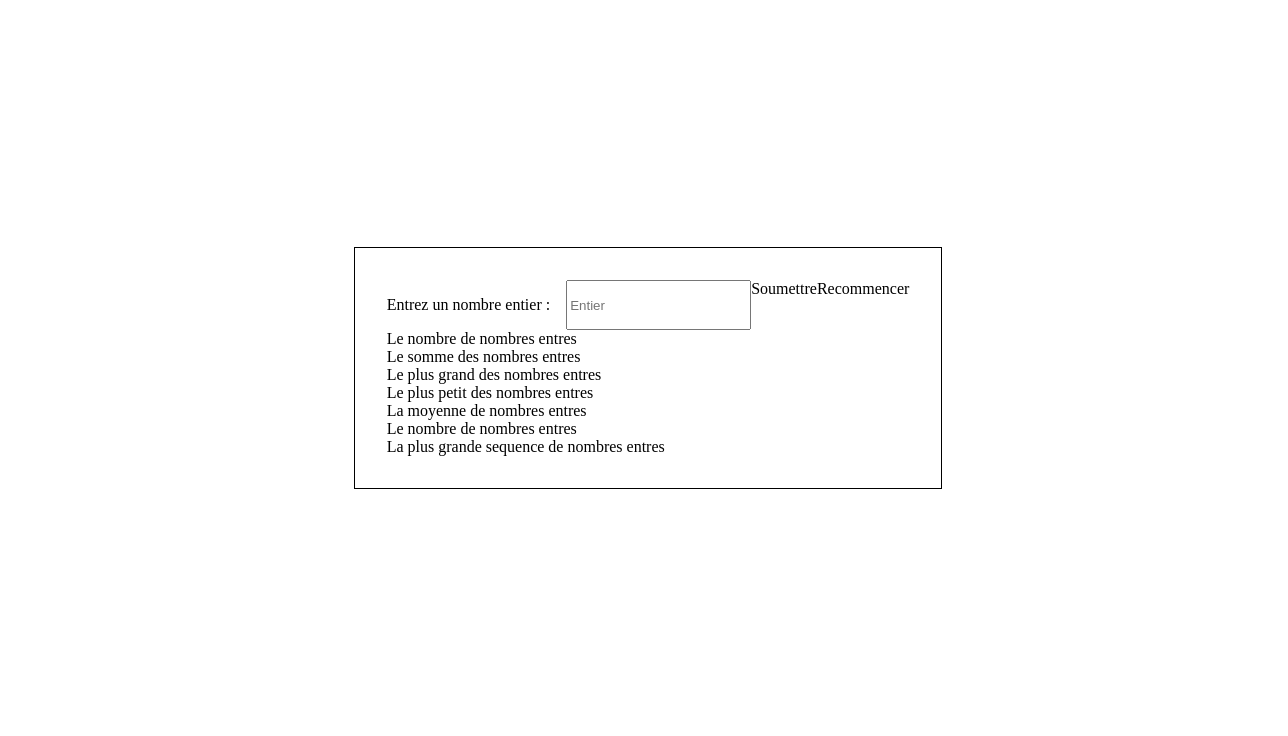
Repository: Thomas088/asbl-proforma
Page: exercices/js/ex-01/index.html
An editor plug-in stored every save of this project. The page is shown before and after the next save, followed by the edit.
The browser window is 1280 px wide. The page is 1288 px wide, so the pictures cover 1288 px, including what lies to the right of the window. The pictures show the whole page.

Above is the page before, as saved 2020-03-20 01:48:36.

### exercices/js/ex-01/index.html
<!DOCTYPE html>
<html lang="en">
<head>
    <meta charset="UTF-8">
    <meta name="viewport" content="width=device-width, initial-scale=1.0">
    <link rel="stylesheet" href="./style.css">
    <title>Numbers</title>
</head>
<body>

    <div class="tableau">
        <div class="entry-user">
            <p>Entrez un nombre entier :</p>
            <input type="number" name="entry" class="user-entry" placeholder="Entier">
            <div class="submit-number">Soumettre</div>
            <div class="restart">Recommencer</div>
        </div>

        <div class="total-entries">
            <span>Le nombre de nombres entres</span>
            <div class="result"></div>
        </div>

        <div class="sum-entries">
            <span>Le somme des nombres entres</span>
            <div class="sum-entries-result"></div>
        </div>

        <div class="max-entries">
            <span>Le plus grand des nombres entres</span>
            <div class="max-entries-result"></div>
        </div>

        <div class="min-entries">
            <span>Le plus petit des nombres entres</span>
            <div class="result"></div>
        </div>

        <div class="avarage-entries">
            <span>La moyenne de nombres entres</span>
            <div class="min-entries-result"></div>
        </div>

        <div class="list-of-entries">
            <span>Le nombre de nombres entres</span>
            <div class="list-of-entries-result"></div>
        </div>

        <div class="sequence-entries">
            <span>La plus grande sequence de nombres entres</span>
            <div class="sequence-entriesresult"></div>
        </div>

    </div>

    <script src="./index.js"></script>
</body>
</html>

### exercices/js/ex-01/style.css
body {
    width: 100vw;
    height: 100vh;
    display: flex;
    justify-content: center;
    align-items: center;
}

.tableau {
    border: 1px solid #000;
    padding: 2em;
}

.entry-user {
    display: flex;
}

.entry-user p {
    padding-right: 1em;
}

### exercices/js/ex-01/index.js
window.addEventListener("DOMContentLoaded", function () {



})

After the next save:
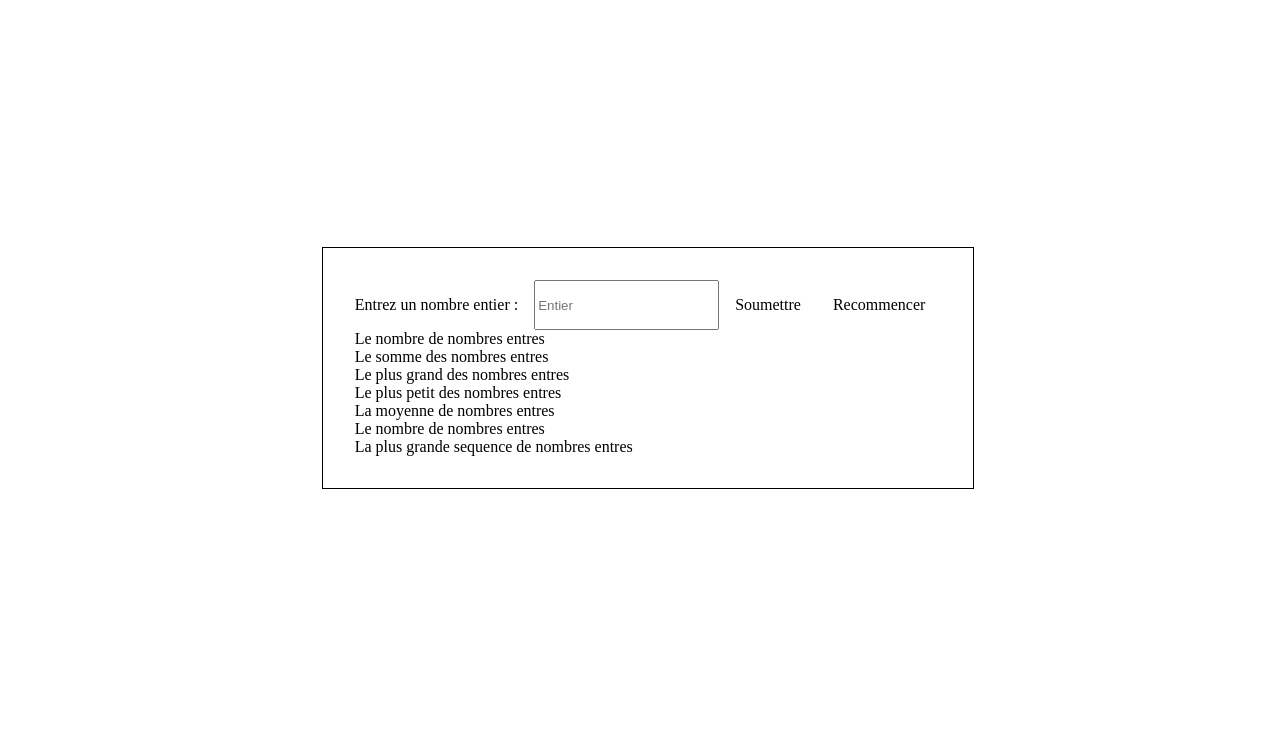
Saved 81 s later.
--- a/exercices/js/ex-01/style.css
+++ b/exercices/js/ex-01/style.css
@@ -18,3 +18,11 @@ body {
 .entry-user p {
     padding-right: 1em;
 }
+
+.submit-number, .restart {
+    display: flex;
+    justify-content: center;
+    align-items: center;
+    border: 1px solix gray;
+    padding: 0 1rem;
+}
